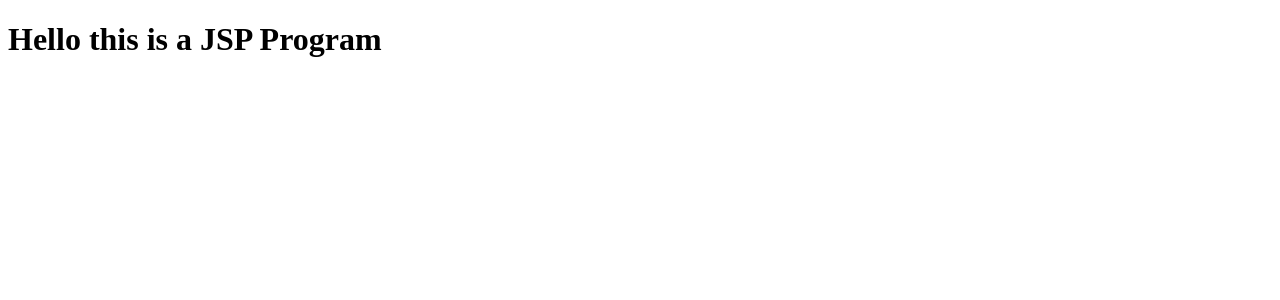
Repository: Priyank911/Enterprise-Programming
Page: http://localhost/JSP_Program/
An editor plug-in stored every save of this project. The page is shown before and after a run of saves, followed by the edit.
The browser window is 1280 px wide. The pictures show the whole page.
The page is served by Tomcat 9.

Above is the page before, as saved 2024-07-31 08:41:53.

After the next 2 saves:
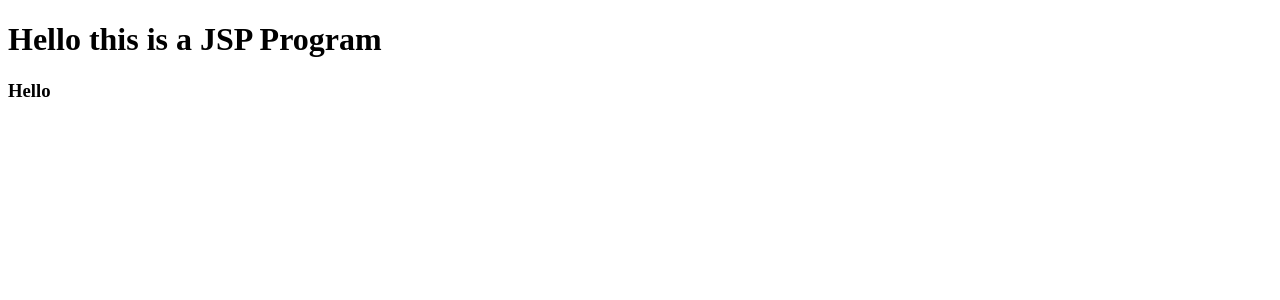
The 2 saves are shown as one change because they came seconds apart.
The last was saved 29 s later.
--- a/JSP_Program/src/main/webapp/index.jsp
+++ b/JSP_Program/src/main/webapp/index.jsp
@@ -8,5 +8,6 @@
 </head>
 <body>
 <h1>Hello this is a JSP Program</h1>
+<h3>Hello </h3>
 </body>
 </html>
